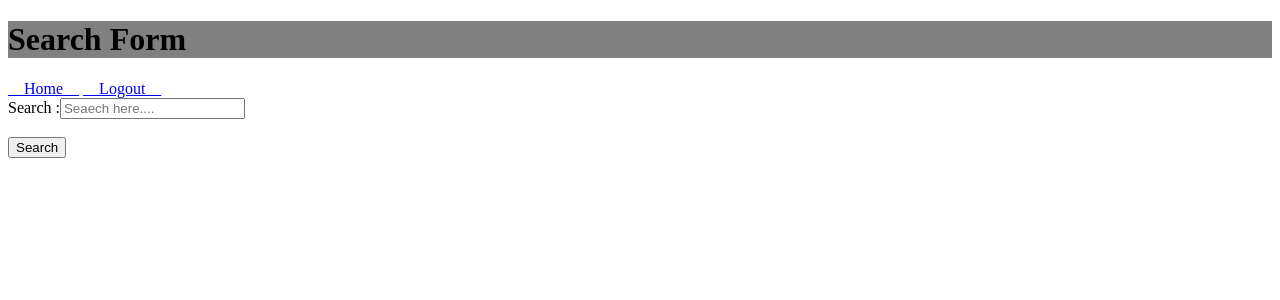
Repository: abhinavk718/servlet-project
Page: empwebapp/WebContent/search.html
These files come from the project's save history. The page is drawn as it stood at one moment and after the next save; the edit follows.
The browser window is 1280 px wide. The pictures show the whole page.

Above is the page before, as saved 2019-11-15 08:45:41.

After the next save:
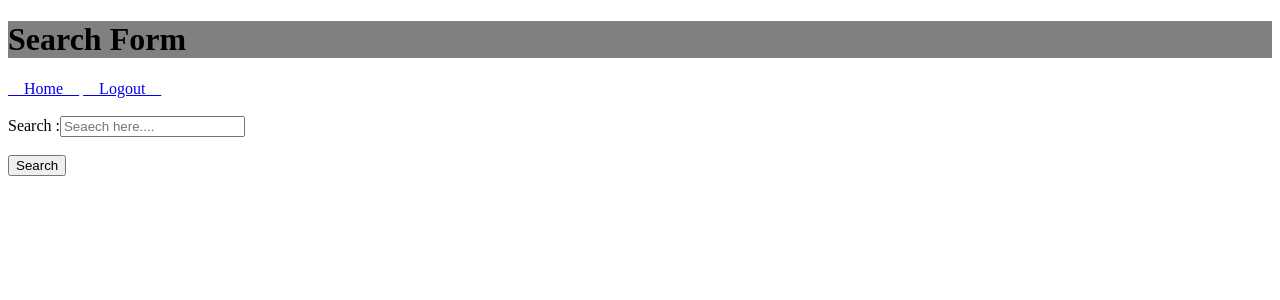
Saved 45 s later.
--- a/empwebapp/WebContent/search.html
+++ b/empwebapp/WebContent/search.html
@@ -8,7 +8,7 @@
 <form action="" class="col-md-4 offset-4 mt-5 mb-5 card card-body">
     <h1 class="text-center" style="background-color: gray;">Search Form</h1>
     <a href="#">&nbsp; &nbsp; Home &nbsp; &nbsp;</a>
-    <a href="#">&nbsp; &nbsp; Logout &nbsp; &nbsp;</a>
+    <a href="#">&nbsp; &nbsp; Logout &nbsp; &nbsp;</a><br>
     <br>
     <div class="formgroup">
         Search :<input type="text" name="search"class="form-control mb-1" placeholder="Seaech here....">
